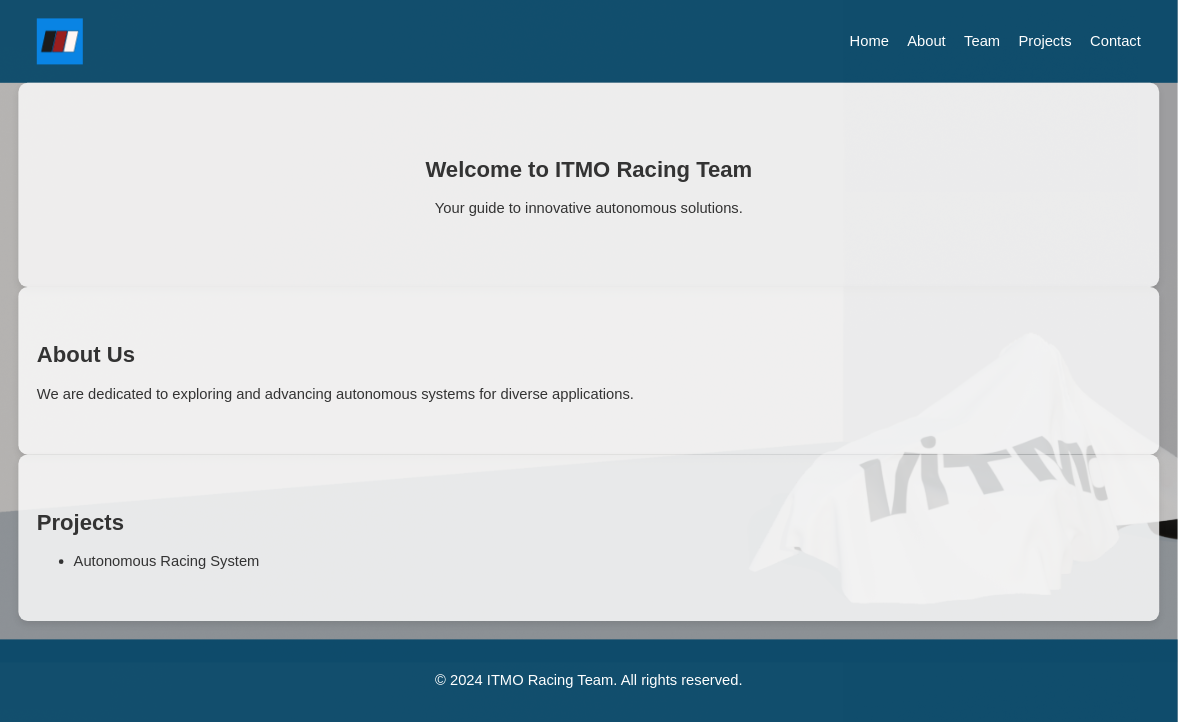
Repository: fs-itmo/fs-itmo.github.io
Page: index.html
These files come from the project's save history. The page is drawn as it stood at one moment and after the next save; the edit follows.
The browser window is 1280 px wide. The pictures show the whole page, at 92% of full size.
Backgrounds fixed to the window are drawn as part of the page.

Above is the page before, as saved 2024-12-30 13:44:35.

After the next save:
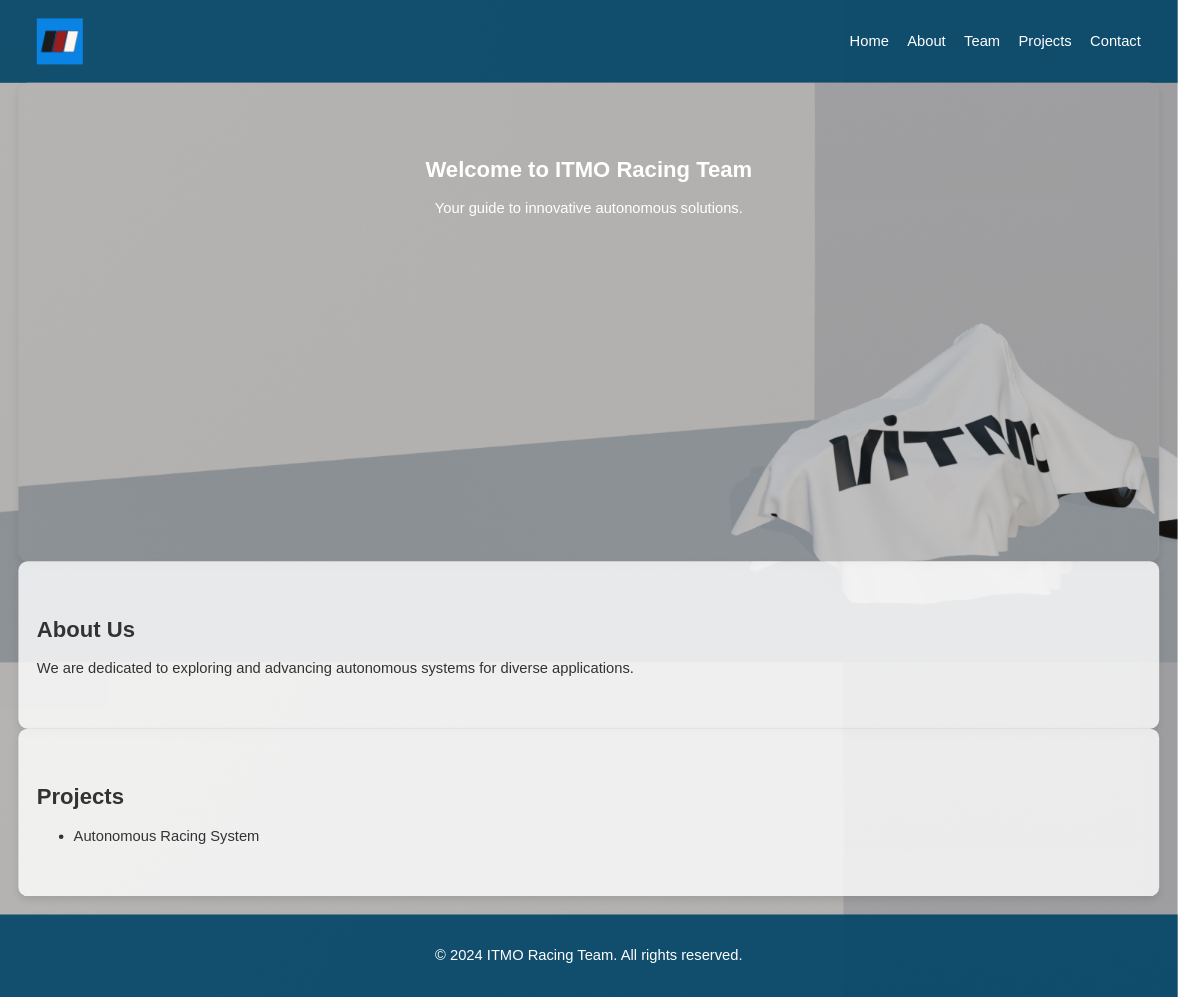
Saved 10 min 42 s later.
--- a/css/style.css
+++ b/css/style.css
@@ -51,11 +51,19 @@
     box-shadow: 0 4px 8px rgba(0, 0, 0, 0.1);
 }
 
-section#home {
+/* section#home {
     background: rgba(244, 244, 244, 0.9);
     text-align: center;
     padding: 60px 20px;
     border-radius: 10px;
+} */
+
+section#home {
+    background: url("../assets/images/title.png") no-repeat center center/cover;
+    color: white; /* Текст белого цвета для контраста */
+    text-align: center;
+    padding: 60px 20px;
+    min-height: 400px; /* Устанавливаем минимальную высоту секции */
 }
 
 footer {
